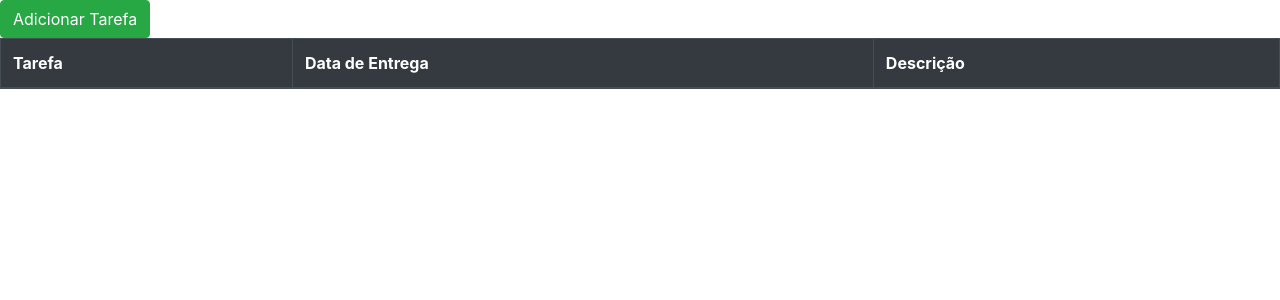
Repository: sophiaks/CRUD
Page: http://localhost/Projeto1/Views/lista.jsp
These files come from the project's save history. The page is drawn as it stood at one moment and after the next save; the edit follows.
The browser window is 1280 px wide. The pictures show the whole page.
The page is served by Tomcat 9. Nobody is signed in. The application's start-up code is not run. Queries for data that is not in the repository find no rows.

Above is the page before, as saved 2020-09-23 19:15:02.

After the next save:
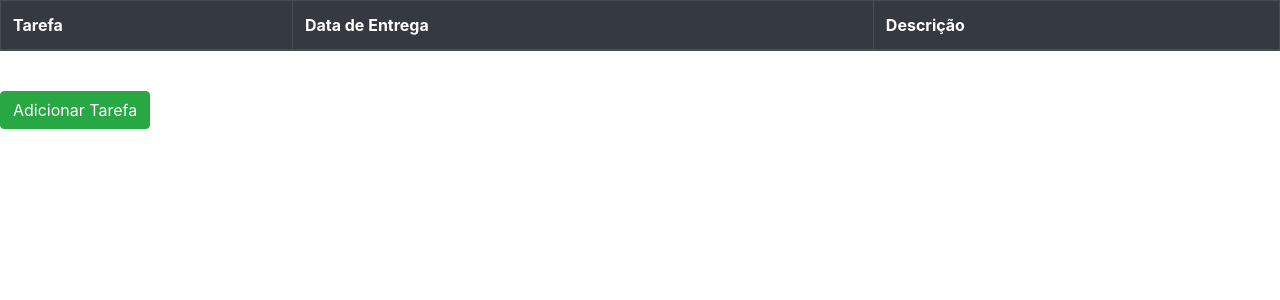
Saved 5 min 38 s later.
--- a/WorkspaceP1/Projeto1/WebContent/Views/lista.jsp
+++ b/WorkspaceP1/Projeto1/WebContent/Views/lista.jsp
@@ -13,8 +13,6 @@
 </head>
 <body>
 	<jsp:useBean id="dao" class="br.edu.insper.DAO"/>
-	<a href="<%=request.getContextPath()%>/adiciona"
-					class="btn btn-success">Adicionar Tarefa</a>
 	<table border='1' class="table table-dark">
 				<thead>
 					<tr>
@@ -48,5 +46,8 @@
 					</c:forEach>
 				</tbody>
 </table>
+<br />
+<a href="<%=request.getContextPath()%>/adiciona"
+					class="btn btn-success">Adicionar Tarefa</a>
 </body>
 </html>
